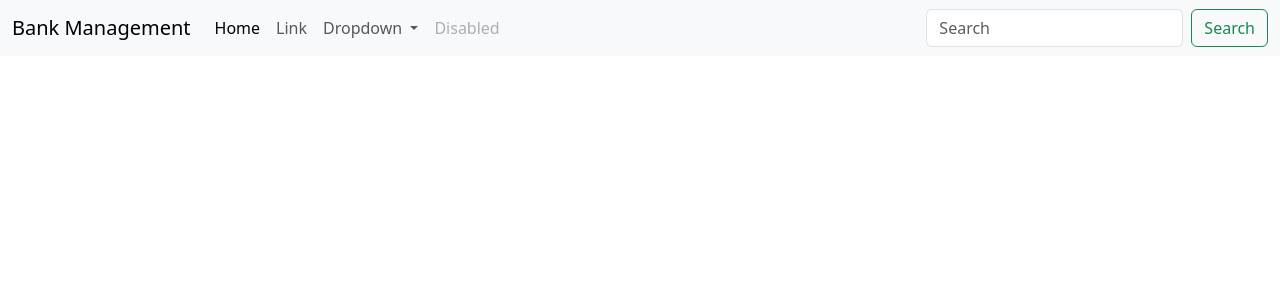
Repository: Pradeep4802/utopiatech
Page: http://localhost/WebBankManagement/Admin.jsp
The author's editor kept a copy of each file at every save. The page is drawn from the files as they stood at one save, then again after the next save.
The browser window is 1280 px wide. The pictures show the whole page.
The page is served by Tomcat 9. Other server files are loaded and not shown.

Above is the page before, as saved 2023-10-02 09:46:04.

### eclipse-workspace/WebBankManagement/src/main/webapp/Admin.jsp
<%@ page language="java" contentType="text/html; charset=UTF-8"
	pageEncoding="UTF-8"%>
<!DOCTYPE html>
<html>
<head>
<meta charset="UTF-8">
<title>Admin Page</title>
<link
	href="https://cdn.jsdelivr.net/npm/bootstrap@5.3.2/dist/css/bootstrap.min.css"
	rel="stylesheet"
	integrity="sha384-T3c6CoIi6uLrA9TneNEoa7RxnatzjcDSCmG1MXxSR1GAsXEV/Dwwykc2MPK8M2HN"
	crossorigin="anonymous">
<script
	src="https://cdn.jsdelivr.net/npm/bootstrap@5.3.2/dist/js/bootstrap.bundle.min.js"
	integrity="sha384-C6RzsynM9kWDrMNeT87bh95OGNyZPhcTNXj1NW7RuBCsyN/o0jlpcV8Qyq46cDfL"
	crossorigin="anonymous"></script>
</head>
<body>
	<nav class="navbar navbar-expand-lg bg-dark bg-body-tertiary">
		<div class="container-fluid">
			<a class="navbar-brand" href="#">Bank Management</a>
			<button class="navbar-toggler" type="button"
				data-bs-toggle="collapse" data-bs-target="#navbarSupportedContent"
				aria-controls="navbarSupportedContent" aria-expanded="false"
				aria-label="Toggle navigation">
				<span class="navbar-toggler-icon"></span>
			</button>
			<div class="collapse navbar-collapse" id="navbarSupportedContent">
				<ul class="navbar-nav me-auto mb-2 mb-lg-0">
					<li class="nav-item"><a class="nav-link active"
						aria-current="page" href="#">Home</a></li>
					<li class="nav-item"><a class="nav-link" href="#">Link</a></li>
					<li class="nav-item dropdown"><a
						class="nav-link dropdown-toggle" href="#" role="button"
						data-bs-toggle="dropdown" aria-expanded="false"> Dropdown </a>
						<ul class="dropdown-menu">
							<li><a class="dropdown-item" href="#">Action</a></li>
							<li><a class="dropdown-item" href="#">Another action</a></li>
							<li><hr class="dropdown-divider"></li>
							<li><a class="dropdown-item" href="#">Something else
									here</a></li>
						</ul></li>
					<li class="nav-item"><a class="nav-link disabled"
						aria-disabled="true">Disabled</a></li>
				</ul>
				<form class="d-flex" role="search">
					<input class="form-control me-2" type="search" placeholder="Search"
						aria-label="Search">
					<button class="btn btn-outline-success" type="submit">Search</button>
				</form>
			</div>
		</div>
	</nav>
</body>
</html>

After the next save:
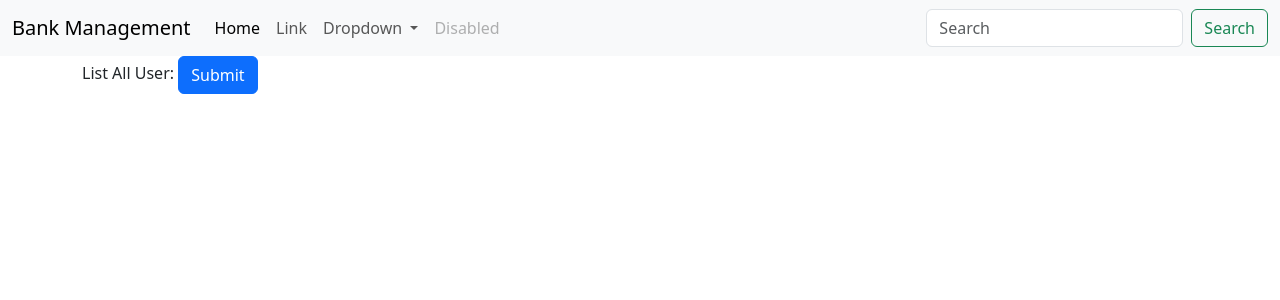
Saved 4 min 10 s later.
--- a/eclipse-workspace/WebBankManagement/src/main/webapp/Admin.jsp
+++ b/eclipse-workspace/WebBankManagement/src/main/webapp/Admin.jsp
@@ -51,5 +51,10 @@
 			</div>
 		</div>
 	</nav>
+	<div class="container">
+		<form action="loginserv" method="post">
+			List All User: <input type="submit" class="btn btn-primary" />
+		</form>
+	</div>
 </body>
 </html>
